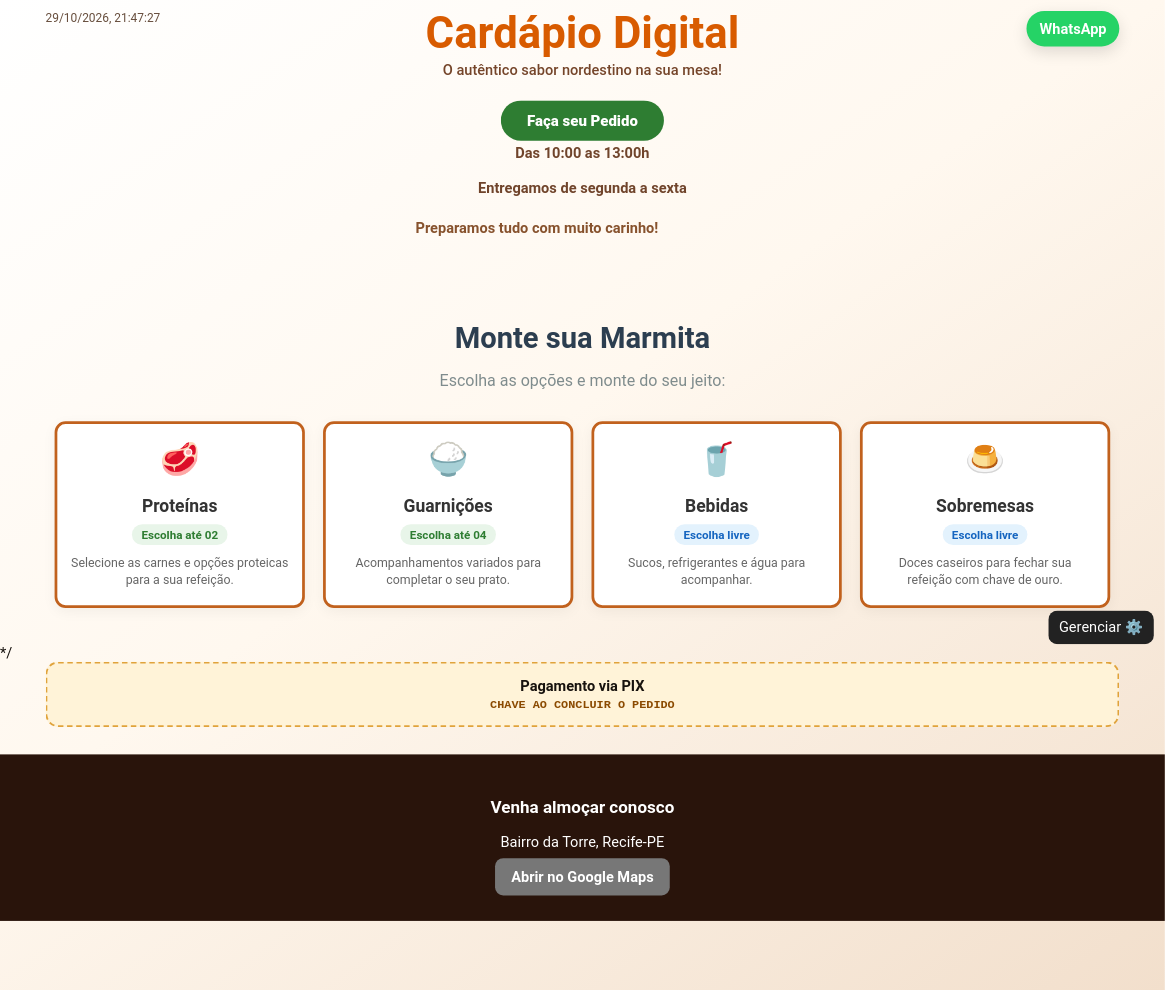
Repository: JeffRodFer/sd-copy-01-frontend
Page: index.html
The author's editor kept a copy of each file at every save. The page is drawn from the files as they stood at one save, then again after a run of saves.
The browser window is 1280 px wide. The pictures show the whole page, at 91% of full size.
The page's requests for data from a server got no answer.

Above is the page before, as saved 2026-10-31 11:43:35.

### index.html
<!DOCTYPE html>
<html lang="pt-BR">

<head>
  <meta charset="UTF-8">
  <meta name="viewport" content="width=device-width, initial-scale=1.0">
  <title>Cardápio Digital</title>
  <link rel="stylesheet" href="style.css">
</head>

<body>


  <header class="container">

    <div class="topbar">

      <div id="datetime" class="datetime"></div>


      <div class="brand">

        <h1>
          Cardápio Digital
        </h1>

        <p>
          O autêntico sabor nordestino na sua mesa!
        </p>

      </div>


      <a id="wa-float-link" class="wa-float" href="https://wa.me/5581920036280" target="_blank" rel="noopener">
        WhatsApp
      </a>

    </div>


    <button class="cta" id="openOrder">
      Faça seu Pedido
    </button>


    <div class="notice">
      Das 10:00 as 13:00h <br><br>
      Entregamos de segunda a sexta
    </div>

  </header>


  <main class="container" id="menu"></main>


  <div class="container note">
    Preparamos tudo com muito carinho!
  </div>
  <section class="menu-categories-section">
    <h2>Monte sua Marmita</h2>
    <p class="subtitle">Escolha as opções e monte do seu jeito:</p>

    <div class="categories-grid">
     <!--Card ProteínaS-->
      <div class="category-card">
        <div class="category-icon">🥩</div>
        <h3>Proteínas</h3>
        <span class="badge-limit">Escolha até 02</span>
        <p>Selecione as carnes e opções proteicas para a sua refeição.</p>
      </div>

      <!-- Card Guarnições -->
      <div class="category-card">
        <div class="category-icon">🍚</div>
        <h3>Guarnições</h3>
        <span class="badge-limit">Escolha até 04</span>
        <p>Acompanhamentos variados para completar o seu prato.</p>
      </div>

      <!-- Card Bebidas -->
      <div class="category-card">
        <div class="category-icon">🥤</div>
        <h3>Bebidas</h3>
        <span class="badge-limit livre">Escolha livre</span>
        <p>Sucos, refrigerantes e água para acompanhar.</p>
      </div>

      <!-- Card Sobremesas -->
      <div class="category-card">
        <div class="category-icon">🍮</div>
        <h3>Sobremesas</h3>
        <span class="badge-limit livre">Escolha livre</span>
        <p>Doces caseiros para fechar sua refeição com chave de ouro.</p>
      </div>
    </div>
  </section> */


  <div class="container pix">

    <strong>
      Pagamento via PIX
    </strong>

    <br>


    <code>
    CHAVE AO CONCLUIR O PEDIDO
  </code>

  </div>


  <footer class="footer">

    <div class="container">

      <h3>
        Venha almoçar conosco
      </h3>

      <div>
        Bairro da Torre, Recife-PE
      </div>


      <a class="maps" href="https://maps.google.com/?q=Rua+Vermelha+02+Torre" target="_blank" rel="noopener">
        Abrir no Google Maps
      </a>


    </div>

  </footer>


  <button class="manage" id="openAdmin">
    Gerenciar ⚙️
  </button>
  <br>
  <br>
  <br>
  <br>

  <!-- =====================================================
     MODAL DO PEDIDO
     ===================================================== -->

  <div class="overlay hidden" id="orderOverlay">

    <div class="modal">


      <!-- PASSO 1 -->

      <div id="orderStep1" class="step active">

        <h2>
          Faça seu Pedido
        </h2>


        <div id="orderError1" class="error hidden"></div>


        <div class="form-grid">


          <div class="field">

            <label>
              Nome Completo
            </label>

            <input id="customerName" autocomplete="name">

          </div>


          <div class="field">

            <label>
              Telefone
            </label>

            <input id="customerPhone" inputmode="tel" autocomplete="tel" maxlength="15" placeholder="(81) 99999-8888">

          </div>


          <div class="field full">

            <label>
              Endereço de Entrega
            </label>

            <input id="customerAddress" autocomplete="street-address">

          </div>


          <div class="field">

            <label>
              Quantidade de Marmitas
            </label>

            <input id="mealCount" type="number" min="1" max="20" value="1">

          </div>


        </div>


        <div class="delivery">

          <label>

            <input type="radio" name="delivery" value="true" checked>

            Entrega em casa - R$ 5,00

          </label>


          <label>

            <input type="radio" name="delivery" value="false">

            Retirar no Restaurante - R$ 0,00

          </label>

        </div>


        <div class="actions">

          <button class="btn gray" id="closeOrder1">
            Cancelar
          </button>


          <button class="btn green" id="toStep2">
            Continuar
          </button>

        </div>

      </div>


      <!-- PASSO 2 -->

      <div id="orderStep2" class="step">

        <h2>
          Monte suas Marmitas
        </h2>


        <div id="orderError2" class="error hidden"></div>


        <div id="marmitas"></div>


        <div class="actions">

          <button type="button" class="btn gray" id="backStep1">
            Voltar
          </button>


          <button type="button" class="btn green" id="toStep3" onclick="clicarEncerrarPedido(event)">
            Encerrar e seguir
          </button>

        </div>

      </div>


      <!-- PASSO 3 -->
      <div id="orderStep3" class="step">

        <h2>Resumo do Pedido</h2>

        <div id="orderSummary" class="order-text"></div>

        <div id="finalTotal" class="total"></div>

        <div class="actions">
          <button class="btn red" id="cancelFinal">
            Voltar
          </button>

          <button class="btn green" id="sendRestaurant">
            Enviar Pedido ao Restaurante
          </button>
        </div>

      </div>

    </div>

  </div>


  <!-- =====================================================
     MODAL ADMINISTRATIVO
     ===================================================== -->

  <div class="overlay hidden" id="adminOverlay">

    <div class="admin-modal">

      <h2>
        Gerenciar Cardápio
      </h2>


      <div id="adminError" class="error hidden"></div>


      <!-- LOGIN -->

      <div id="adminLogin">

        <div class="field">

          <label>
            Usuário
          </label>

          <input id="adminUser" autocomplete="username" value="admin">

        </div>


        <div class="field" style="margin-top:10px">

          <label>
            Senha
          </label>

          <input id="adminPassword" type="password" autocomplete="current-password">

        </div>


        <div class="actions">

          <button class="btn gray" id="closeAdminLogin">
            Fechar
          </button>


          <button class="btn green" id="adminLoginBtn">
            Entrar
          </button>

        </div>

      </div>


      <!-- PAINEL -->

      <div id="adminPanel" class="hidden">

        <div id="adminItems" class="admin-grid"></div>


        <div class="actions">

          <button class="btn gray" id="adminClose">
            Fechar
          </button>


          <button class="btn green" id="adminSave">
            Salvar alterações
          </button>

        </div>

      </div>

    </div>

  </div>


  <script src="script.js"></script>
</body>

</html>

### style.css
:root {
      --orange: #f57c00;
      --brown: #6d3414;
      --green: #2e7d32;
      --red: #d32f2f;
      --blue: #1976d2;
      --purple: #7b1fa2;
      --cream: #fffaf5;
      --line: #eadfd6;
      --muted: #666;
    }

    * {
      box-sizing: border-box;
    }

    html {
      scroll-behavior: smooth;
    }

    body {
      margin: 0;
      background:
        linear-gradient(145deg,
          #fff 0%,
          #fff8ef 45%,
          #f2dfcc 100%);
      color: #17120e;
      font-family: Roboto, Arial, sans-serif;
      min-height: 100vh;
    }

    button,
    input,
    textarea {
      font: inherit;
    }

    button {
      cursor: pointer;
      border: 0;
    }

    .container {
      width: min(1180px, 94%);
      margin: auto;
    }


    /* HEADER */

    .topbar {
      display: grid;
      grid-template-columns: 1fr auto 1fr;
      align-items: start;
      padding: 12px 0;
      gap: 10px;
    }

    .datetime {
      font-size: .82rem;
      color: #674e3d;
    }

    .brand {
      text-align: center;
    }

    .brand h1 {
      margin: 0;
      color: #d85b00;
      font-size: clamp(1.8rem, 5vw, 3rem);
      line-height: 1.05;
    }

    .brand p {
      margin: 5px 0;
      color: #75452a;
      font-weight: 500;
    }

    .wa-float {
      justify-self: end;
      background: #25d366;
      color: #fff;
      padding: 10px 14px;
      border-radius: 999px;
      text-decoration: none;
      font-weight: 700;
      box-shadow: 0 6px 18px #0002;
    }

    .cta {
      display: block;
      margin: 8px auto 5px;
      background: var(--green);
      color: #fff;
      border-radius: 999px;
      padding: 12px 28px;
      font-weight: 800;
      font-size: 1rem;
      animation: pulse 2s infinite;
    }

    .notice {
      text-align: center;
      color: #70442b;
      font-weight: 700;
      margin-bottom: 18px;
    }

    @keyframes pulse {

      0%,
      100% {
        transform: scale(1);
      }

      50% {
        transform: scale(1.03);
      }
    }


    /* CARDÁPIO */

    .section {
      margin: 20px 0;
    }

    .section h2 {
      margin: 0 0 12px;
      color: var(--brown);
    }

    .grid {
      display: grid;
      grid-template-columns:
        repeat(auto-fit,
          minmax(180px, 1fr));
      gap: 10px;
    }

    .card {
      background: #fff;
      border: 1px solid var(--line);
      border-radius: 14px;
      padding: 14px;
      box-shadow:
        0 3px 12px #5a2a0d12;
    }

    .card strong {
      display: block;
    }

    .unavailable {
      opacity: .52;
    }

    .badge {
      display: inline-block;
      margin-top: 7px;
      font-size: .78rem;
      background: #eee;
      padding: 4px 8px;
      border-radius: 999px;
    }

    .accent-guarnicoes {
      border-top: 5px solid #8b5a2b;
    }

    .accent-proteinas {
      border-top: 5px solid #d32f2f;
    }

    .accent-bebidas {
      border-top: 5px solid #1976d2;
    }

    .accent-sobremesas {
      border-top: 5px solid #7b1fa2;
    }

    .note {
      text-align: center;
      font-weight: 700;
      color: #87522d;
      margin: 25px 0;
    }

    .pix {
      background: #fff3d8;
      border: 2px dashed #e0a33b;
      border-radius: 14px;
      padding: 15px;
      text-align: center;
    }

    .pix code {
      font-weight: 800;
      color: #8b4a00;
      word-break: break-all;
    }


    /* FOOTER */

    .footer {
      margin-top: 30px;
      background: #29140b;
      color: #fff;
      padding: 28px 0;
      text-align: center;
    }

    .maps {
      display: inline-block;
      background: #777;
      color: #fff;
      padding: 11px 18px;
      border-radius: 9px;
      text-decoration: none;
      font-weight: 700;
      margin-top: 8px;
    }

    .manage {
      position: fixed;
      right: 12px;
      bottom: 12px;
      background: #222;
      color: #fff;
      padding: 9px 12px;
      border-radius: 10px;
      z-index: 20;
    }


    /* MODAIS */

    .overlay {
      position: fixed;
      inset: 0;
      background: #0009;
      display: flex;
      align-items: center;
      justify-content: center;
      padding: 12px;
      z-index: 100;
    }

    .hidden {
      display: none !important;
    }

    .modal {
      background: #fff;
      width: min(1050px, 100%);
      max-height: 94vh;
      overflow: auto;
      border-radius: 18px;
      box-shadow: 0 20px 70px #0007;
      padding: 22px;
    }

    .modal h2 {
      color: var(--brown);
      margin: 0 0 18px;
    }

    .step {
      display: none;
    }

    /* =====================================================
ESTILOS DA SEÇÃO DE CATEGORIAS (PÁGINA PRINCIPAL)
===================================================== */
.menu-categories-section {
  padding: 40px 20px;
  text-align: center;
  max-width: 1200px;
  margin: 0 auto;
}

.menu-categories-section h2 {
  font-size: 2rem;
  color: #2c3e50;
  margin-bottom: 8px;
  font-weight: 700;
}

.menu-categories-section .subtitle {
  color: #7f8c8d;
  margin-bottom: 35px;
  font-size: 1.1rem;
}

.categories-grid {
  display: grid;
  grid-template-columns: repeat(auto-fit, minmax(250px, 1fr));
  gap: 20px;
  justify-content: center;
}

.category-card {
  background: #ffffff;
  border-radius: 12px;
  padding: 18px 15px;
  box-shadow: 0 4px 15px rgba(0, 0, 0, 0.05);
  transition: transform 0.3s ease, box-shadow 0.3s ease;
  border: 3px solid #c1611d;
  text-align: center;
}

.category-card:hover {
  transform: translateY(-5px);
  box-shadow: 0 8px 25px rgba(233, 83, 46, 0.1);
  border-color: 2px #d85b00;
}

.category-icon {
  font-size: 2.2rem;
  margin-bottom: 8px;
}

.category-card h3 {
  font-size: 1.2rem;
  color: #333333;
  margin-bottom: 8px;
}

.badge-limit {
  display: inline-block;
  background-color: #e8f5e9;
  color: #2e7d32;
  font-weight: 600;
  font-size: 0.8rem;
  padding: 4px 10px;
  border-radius: 20px;
  margin-bottom: 10px;
}

.badge-limit.livre {
  background-color: #e3f2fd;
  color: #1565c0;
}

.category-card p {
  color: #666666;
  font-size: 0.85rem;
  line-height: 1.4;
  margin: 0;
  border-radius: 2px #8b4a00;
}

    .step.active {
      display: block;
    }


    /* FORMULÁRIO */

    .form-grid {
      display: grid;
      grid-template-columns: 1fr;
      gap: 12px;
    }

    .field label {
      display: block;
      font-weight: 700;
      margin-bottom: 5px;
    }

    .field input,
    .field textarea,
    .field select {
      width: 100%;
      padding: 11px;
      border: 1px solid #cfcfcf;
      border-radius: 10px;
      background: #fff;
    }

    .field textarea {
      min-height: 75px;
      resize: vertical;
    }

    .delivery {
      display: grid;
      gap: 9px;
      margin: 12px 0;
    }

    .delivery label {
      border: 1px solid #ddd;
      border-radius: 10px;
      padding: 12px;
    }


    /* MARMITAS */

    .marmita {
      border: 1px solid #ddd;
      border-radius: 15px;
      padding: 14px;
      margin: 14px 0;
      background: #fff;
    }

    .marmita h3 {
      margin: 0 0 12px;
      color: #7b401f;
    }

    .choice-group {
      margin: 13px 0;
    }

    .choice-group h4 {
      margin: 0 0 8px;
    }

    .choices {
      display: grid;
      grid-template-columns:
        repeat(auto-fit,
          minmax(190px, 1fr));
      gap: 8px;
    }

    .check {
      border: 1px solid #ddd;
      border-radius: 10px;
      padding: 9px;
      background: #fafafa;
    }

    .check input {
      margin-right: 6px;
    }

    .limit {
      font-size: .8rem;
      color: var(--muted);
      margin: 5px 0;
    }


    /*
  IMPORTANTE:
  A linha de quantidade agora é uma GRID
  com nome + preço + menos + quantidade + mais.
  Assim o + nunca cai para a linha de baixo.
*/

    .qty-list {
      display: grid;
      gap: 7px;
    }

    .qty-row {
      display: grid;

      grid-template-columns:
        minmax(0, 1fr) auto auto auto auto;

      align-items: center;

      gap: 8px;

      border: 1px solid #eee;
      border-radius: 11px;
      padding: 8px;

      background: #faf8f6;
    }

    .qty-name {
      min-width: 0;
      font-weight: 700;
      overflow-wrap: anywhere;
    }

    .qty-price {
      font-size: .9rem;
      color: #555;
      white-space: nowrap;
    }

    .qty-btn {
      width: 36px;
      height: 36px;
      border-radius: 9px;
      background: #eee;
      font-weight: 900;
      font-size: 1.1rem;
    }

    .qty-value {
      min-width: 22px;
      text-align: center;
      font-weight: 800;
    }


    /* BOTÕES */

    .actions {
      display: flex;
      gap: 10px;
      justify-content: flex-end;
      flex-wrap: wrap;
      margin-top: 18px;
    }

    .btn {
      padding: 12px 18px;
      border-radius: 10px;
      font-weight: 800;
    }

    .btn.green {
      background: #2e7d32;
      color: #fff;
    }

    .btn.red {
      background: #e57373;
      color: #fff;
    }

    .btn.gray {
      background: #eee;
    }

    .total {
      font-size: 1.2rem;
      text-align: right;
      color: #18752b;
      font-weight: 900;
      margin-top: 14px;
    }

    .error {
      background: #ffe5e5;
      color: #9b1c1c;
      padding: 10px;
      border-radius: 9px;
      margin: 10px 0;
    }

    .order-text {
      background: #f5f5f5;
      padding: 14px;
      border-radius: 12px;
      white-space: pre-wrap;
      font-family: monospace;
      line-height: 1.45;
    }


    /* ADMIN */

    .admin-modal {
      background: #f5f5f5;
      width: min(1100px, 100%);
      max-height: 92vh;
      overflow: auto;
      border-radius: 18px;
      padding: 20px;
    }

    .admin-grid {
      display: grid;
      grid-template-columns: 1fr;
      gap: 16px;
    }

    .admin-section {
      background: #fff;
      padding: 14px;
      border-radius: 14px;
    }

    .admin-item {
      display: flex;
      align-items: center;
      justify-content: space-between;
      gap: 10px;
      padding: 9px 0;
      border-bottom: 1px solid #eee;
    }

    .admin-item:last-child {
      border-bottom: 0;
    }

    .switch {
      position: relative;
      width: 50px;
      height: 28px;
      flex: 0 0 auto;
    }

    .switch input {
      display: none;
    }

    .slider {
      position: absolute;
      inset: 0;
      background: #bbb;
      border-radius: 30px;
    }

    .slider:before {
      content: "";
      position: absolute;
      width: 22px;
      height: 22px;
      left: 3px;
      top: 3px;
      background: #fff;
      border-radius: 50%;
      transition: .2s;
    }

    .switch input:checked+.slider {
      background: #2e7d32;
    }

    .switch input:checked+.slider:before {
      transform: translateX(22px);
    }


    /* RESPONSIVO */

    @media(min-width:700px) {

      .form-grid {
        grid-template-columns:
          1fr 1fr;
      }

      .form-grid .full {
        grid-column: 1/-1;
      }

      .admin-grid {
        grid-template-columns:
          1fr 1fr;
      }

    }


    @media(max-width:600px) {

      .topbar {
        grid-template-columns:
          1fr auto;
      }

      .brand {
        grid-column: 1/-1;
        grid-row: 1;
      }

      .datetime {
        grid-column: 1;
      }

      .wa-float {
        grid-column: 2;
      }

      /*
    Mantém TODOS os controles da bebida
    na mesma linha.
  */

      .qty-row {
        grid-template-columns:
          minmax(0, 1fr) auto auto auto auto;
      }

      .qty-price {
        font-size: .8rem;
      }

      .modal {
        padding: 15px;
      }

      .actions .btn {
        flex: 1 1 100%;
      }

    }

Loaded but not shown: script.js (1562 lines, source omitted)

After the next 3 saves:
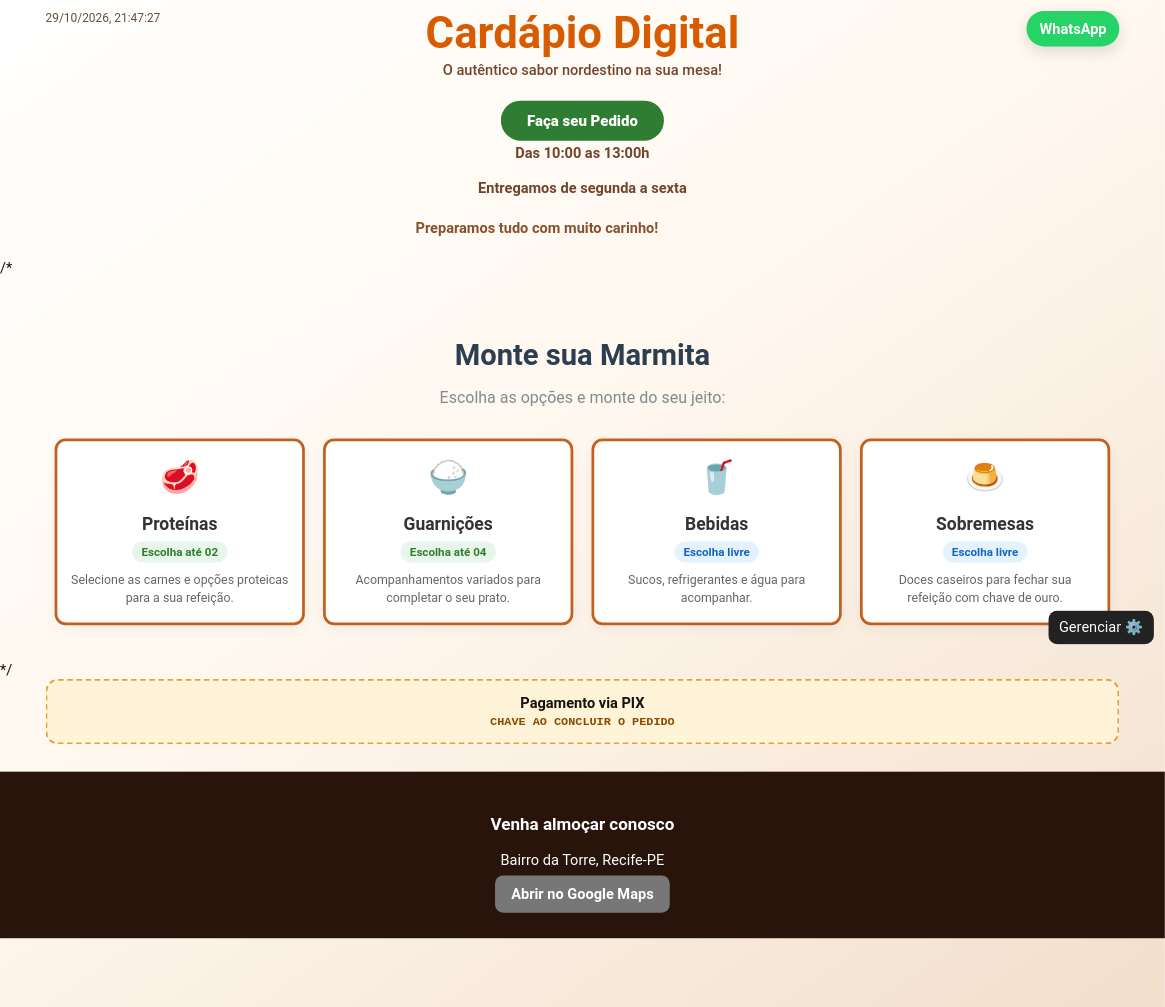
The 3 saves are shown as one change because they came seconds apart.
The last was saved 8 s later.
--- a/index.html
+++ b/index.html
@@ -57,7 +57,7 @@
   <div class="container note">
     Preparamos tudo com muito carinho!
   </div>
-  <section class="menu-categories-section">
+  /* <section class="menu-categories-section">
     <h2>Monte sua Marmita</h2>
     <p class="subtitle">Escolha as opções e monte do seu jeito:</p>
 

After the save that followed:
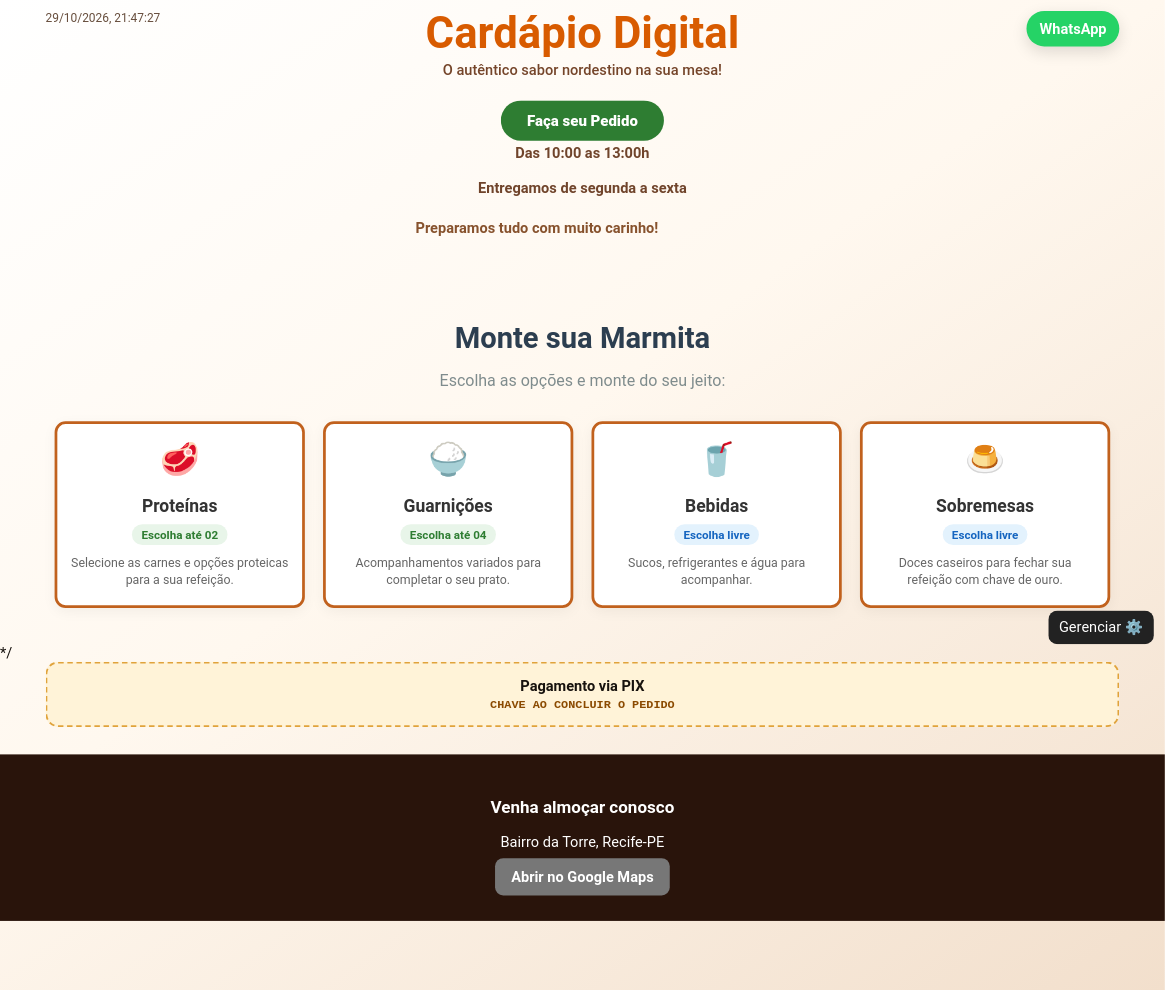
Saved 21 s later.
--- a/index.html
+++ b/index.html
@@ -57,7 +57,7 @@
   <div class="container note">
     Preparamos tudo com muito carinho!
   </div>
-  /* <section class="menu-categories-section">
+  <section class="menu-categories-section">
     <h2>Monte sua Marmita</h2>
     <p class="subtitle">Escolha as opções e monte do seu jeito:</p>
 
